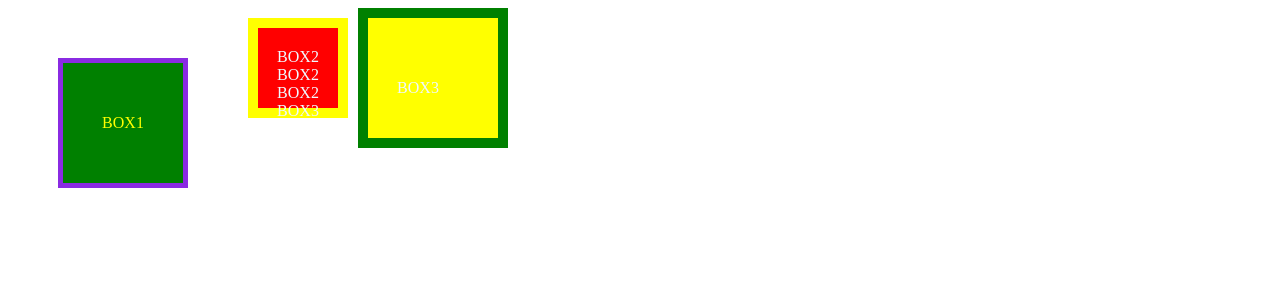
Repository: Ducspdn/WeTheBandF8
Page: html_learn_f8/padding.html
These files come from the project's save history. The page is drawn as it stood at one moment and after the next save; the edit follows.
The browser window is 1280 px wide. The pictures show the whole page.

Above is the page before, as saved 2023-01-12 20:52:18.

### html_learn_f8/padding.html
<!DOCTYPE html>
<html lang="vi">
    <head>
        <title>HELLO</title>
        <style>
            .box1{
                background: green;
                width: 100px;
                height: 100px;
                color: yellow;
                display: flex;
                align-items: center;
                justify-content: center;
                padding : 10px ;
                /* css boder : viền bao xung quanh và solid mặc định là 2px */
                border: 5px;
                border-color: blueviolet;
                border-style: solid;
                margin: 50px;
                float: left;
            }
            .box2{
                background : red;
                width: 100px;
                height: 100px;
                color: aliceblue;
                display : flex ;
                justify-content: center;
                align-content: center;
                border : 10px ;
                border-style: solid;
                border-color: yellow;
                padding : 20px ;
                /* css margin : không làm tăng kich thước của element và nó dùng di chuyển element đến vị trí khác */
                margin : 10px;
                float: left;
                box-sizing: border-box;
                /* box-sizing : boder-box : công dụng dùng để trả về kich thước ban đầu mong muốn  sau khi bị thay đổi = padding + magrin + boder */

            }
            .box3{
                background: yellow;
                width: 100px;
                height: 100px;
                color: aliceblue;
                display: flex;
                justify-content: center;
                align-items: center;
                /*  css padding : đệm làm backgroud lớn hơn  */
                padding-top: 20px;
                padding-right: 30px;
                /* css margin : không tắng kich thước element , dùng để di chuyển đến vị trí mới  */
                margin-right :100px ;
                /* boder : viền bao xung quanh các eletment, boder và padding làm tăng kich thước */
                border: 10px solid green;
                /* float : left : đưa các element vè bên trái trên màn hình */
                float : left ;
            }

        </style>
    </head>
    <body>
        <!-- division : là thẻ dùng để nhóm nhiều phần tử trong html thành một khối để dễ dàng css -->
        <div class=" box box1">BOX1</div>
        <div class=" box box2"> BOX2 BOX2 BOX2 BOX3 </div>
        <div class=" box box3">BOX3</div>

    </body>

</html>

After the next save:
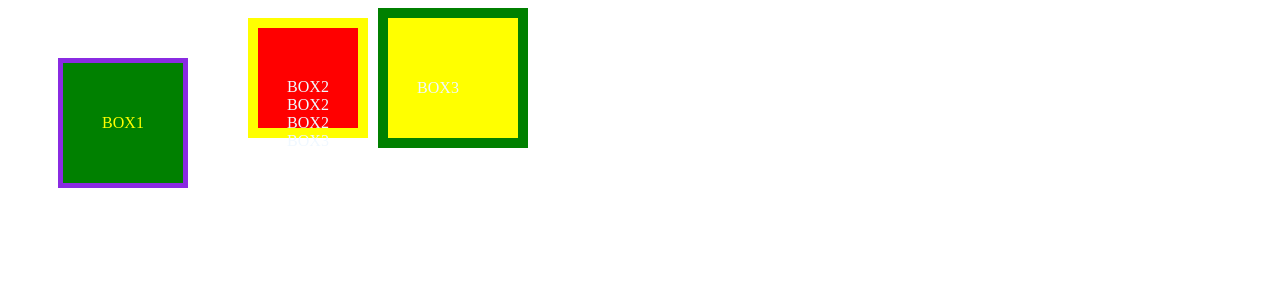
Saved 22 s later.
--- a/html_learn_f8/padding.html
+++ b/html_learn_f8/padding.html
@@ -30,7 +30,7 @@
                 border : 10px ;
                 border-style: solid;
                 border-color: yellow;
-                padding : 20px ;
+                padding : 50px ;
                 /* css margin : không làm tăng kich thước của element và nó dùng di chuyển element đến vị trí khác */
                 margin : 10px;
                 float: left;
